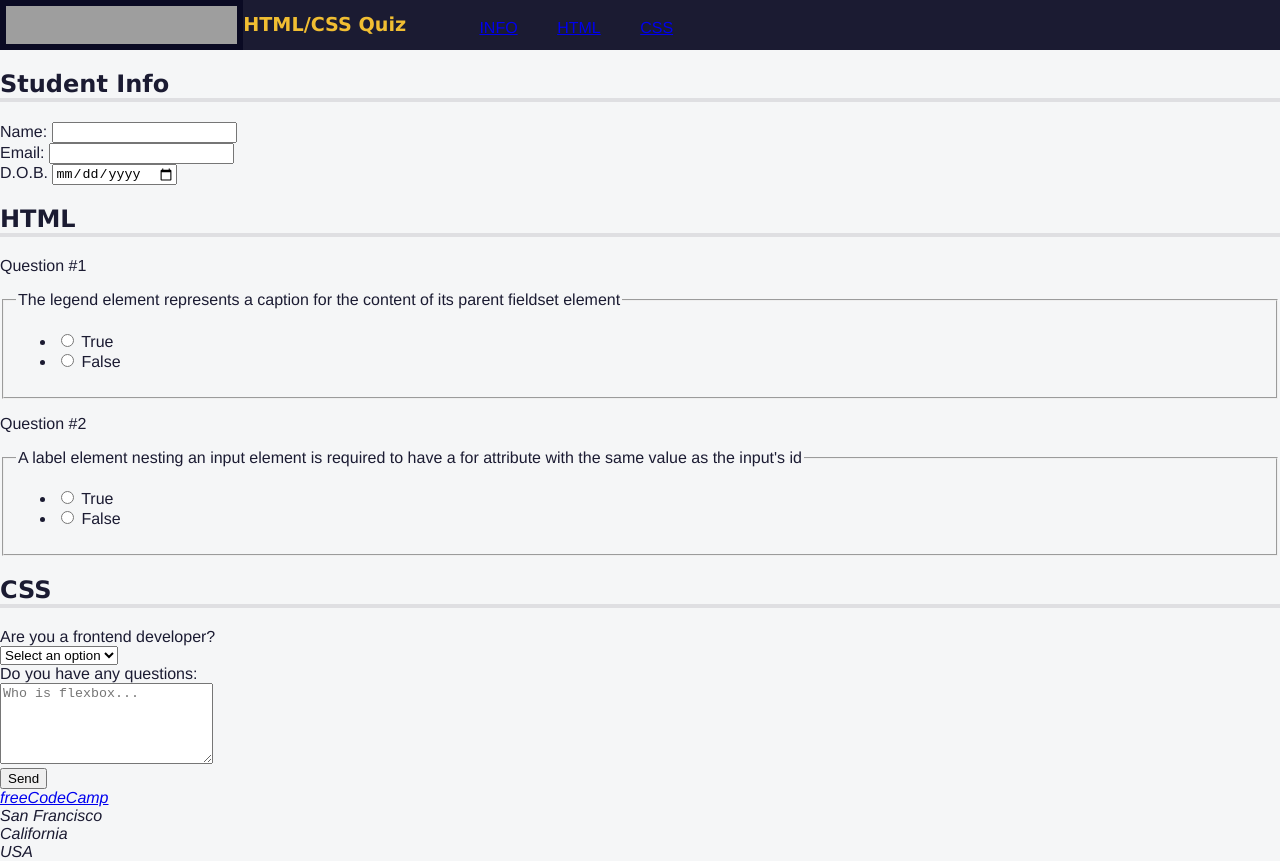
Repository: cipdanila/freeCodeCamp
Page: Quiz/index.html
These files come from the project's save history. The page is drawn as it stood at one moment and after the next save; the edit follows.
The browser window is 1280 px wide. The pictures show the whole page.
Pictures or frames that could not be fetched are drawn as grey boxes.

Above is the page before, as saved 2023-10-18 19:01:51.

After the next save:
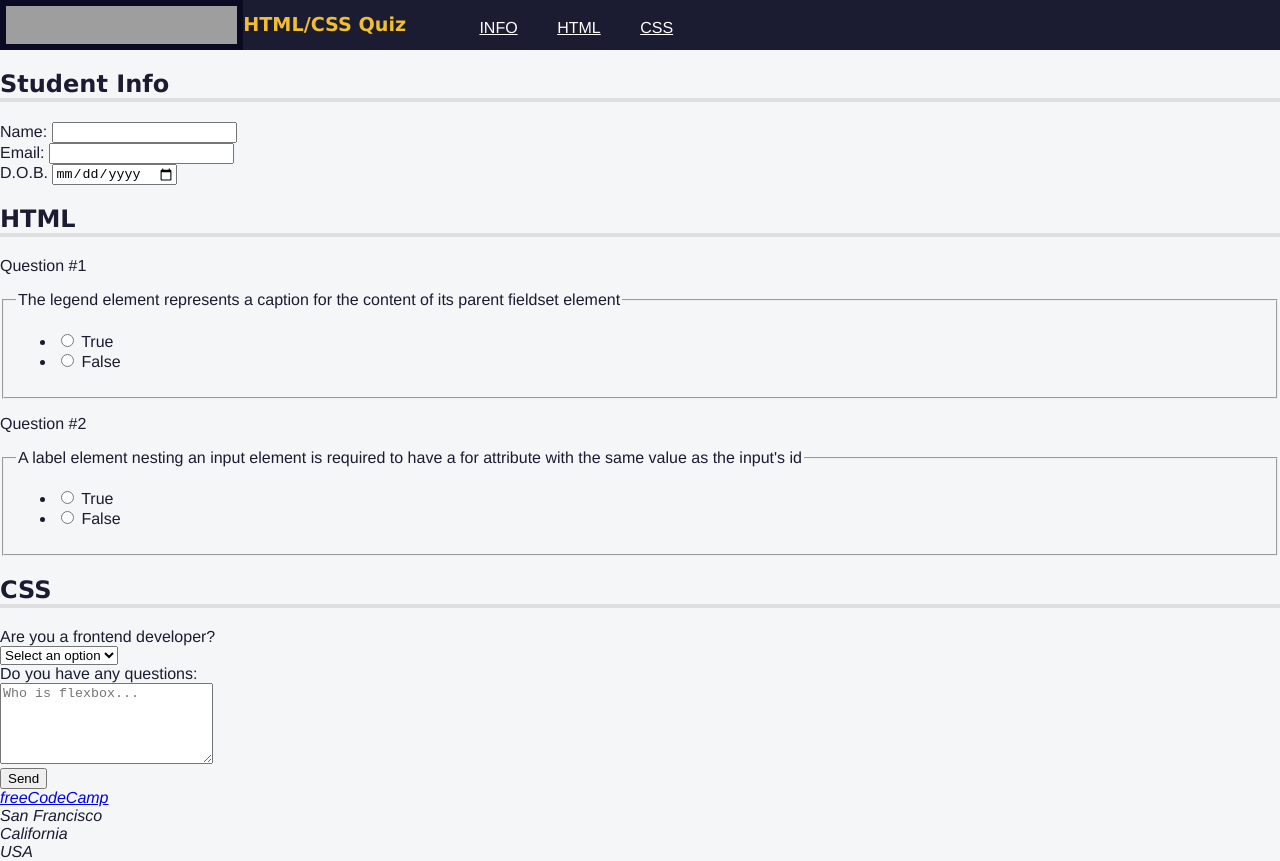
Saved 50 s later.
--- a/Quiz/styles.css
+++ b/Quiz/styles.css
@@ -66,3 +66,7 @@
     padding: 0.2rem;
     display: block;
 }
+
+li > a {
+    color: #fff;
+}
